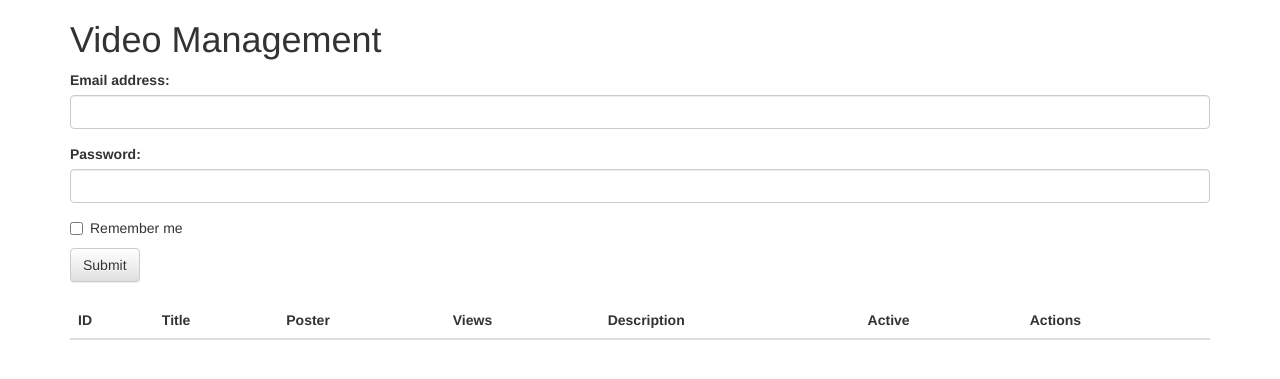
Repository: Hacorbie/Java-Servlet
Page: http://localhost/ASM_JV4/views/User.jsp
An editor plug-in stored every save of this project. The page is shown before and after the next save, followed by the edit.
The browser window is 1280 px wide. The pictures show the whole page.
Some web libraries are served in a nearby version. The page is served by Tomcat 9. The template is opened directly, without the code that normally fills it, so the values that code supplies are empty.

Above is the page before, as saved 2023-04-08 17:33:20.

After the next save:
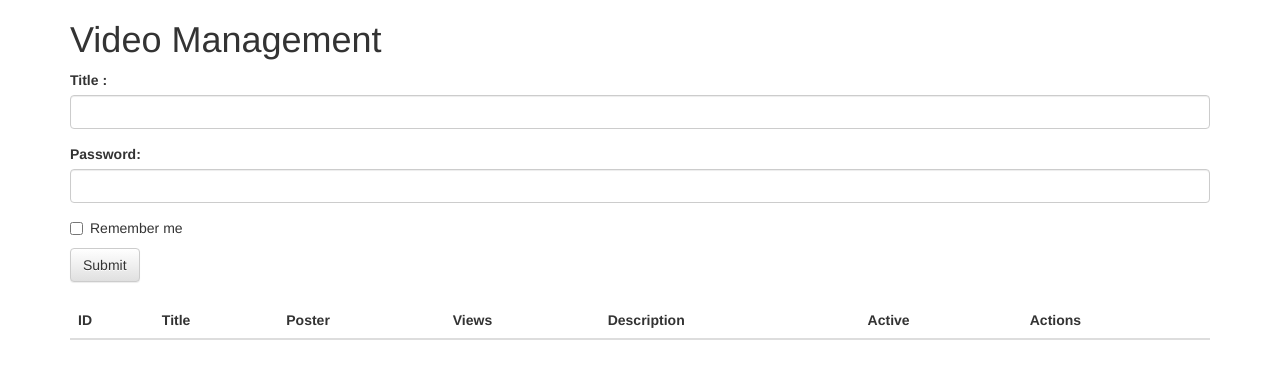
Saved 9 s later.
--- a/ASM_JV4/src/main/webapp/views/User.jsp
+++ b/ASM_JV4/src/main/webapp/views/User.jsp
@@ -18,7 +18,7 @@
 		<!-- Form thêm mới video -->
 		<form method="post" action="VideoController" style ="text-align: centrel">
 			<div class="form-group">
-    <label for="title">Email address:</label>
+    <label for="title">Title :</label>
     <input type="email" class="form-control" id="email">
   </div>
   <div class="form-group">
